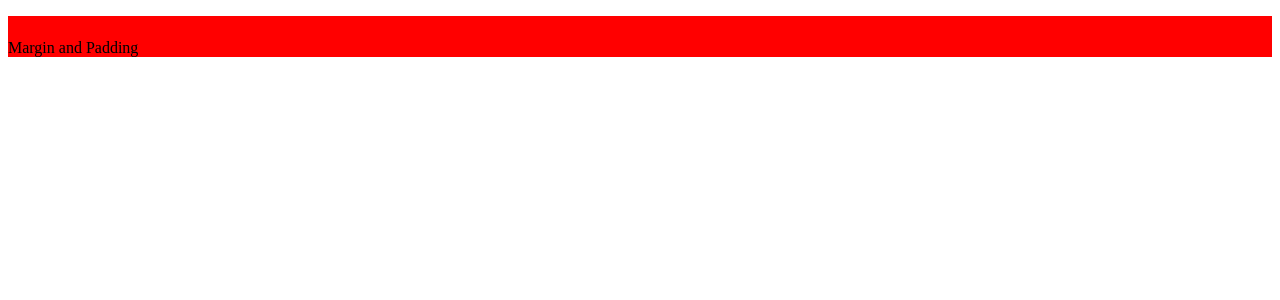
Repository: ntu34543/cut-landing-page-Figma
Page: home.html
The author's editor kept a copy of each file at every save. The page is drawn from the files as they stood at one save, then again after the next save.
The browser window is 1280 px wide. The pictures show the whole page.

Above is the page before, as saved 2022-09-12 22:34:27.

### home.html
<!DOCTYPE html>
<html lang="en">

<head>
    <meta charset="UTF-8">
    <meta http-equiv="X-UA-Compatible" content="IE=edge">
    <meta name="viewport" content="width=device-width, initial-scale=1.0">
    <title>Document</title>
    <script type="module"
        src="https://unpkg.com/ionicons@5.5.2/dist/ionicons/ionicons.esm.js"></script>
    <script nomodule src="https://unpkg.com/ionicons@5.5.2/dist/ionicons/ionicons.js"></script>
    <style>
        .div1 {
            background-color: red;
            width: 200px;
            height: 200px;
            /* display: flex;
            align-items: center; */
        }

        .div2 {
            background-color: yellow;
            width: 100px;
            height: 100px;
            /* display: flex;
            align-items: center; */
        }

        .div3 {
            background-color: blue;
            width: 100px;
            height: 100px;
        }

        .div4 {
            background-color: pink;
            width: 50px;
            height: 50px;
            display: flex;
            align-items: center;
        }

        .div5 {
            background-color: black;
            width: 50px;
            height: 50px;
        }

        .div6 {
            background-color: red;
            width: 30px;
            height: 30px;
            display: flex;
            justify-content: center;
            align-items: center;
        }

        .div7 {
            background-color: black;
            width: 30px;
            height: 30px;
        }

        .div8 {
            background-color: white;
            width: 10px;
            height: 10px;
        }

        .div9 {
            background-color: purple;
            width: 10px;
            height: 10px;
        }

        .p {
            /* margin: 113px; */
            box-sizing: border-box;
            padding: 53px;
            background-color: red;
            width: 150px;
            height: 150px;
            border: 5px solid black;
        }

        /* Form focus */
        .form-input {
            padding: 0 20px;
            border: 1px solid #eee;
            border-radius: 4px;
            width: 100%;
            height: 50px;
            transition: 0.25s ease;
        }

        .form-input:focus {
            border-color: #6a5af9;
        }

        .form-field {
            top: 50px;
            position: relative;
        }

        .form-label {
            position: absolute;
            top: 50%;
            transform: translateY(-50%);
            left: 21px;
            user-select: none;
            color: #999;
            pointer-events: none;
            transition: 0.25s ease;
        }

        .form-input:not(:placeholder-shown)+.form-label,
        .form-input:focus+.form-label {
            top: 0;
            pad: 0 10px;
            display: inline-block;
            background-color: white;
            color: #6a5af9;
        }

        /* menu */
        .menu {
            margin-top: 80px;
            background-color: #18273b;
            padding: 50px 0 50px 15px;
            border-radius: 16px;
            width: 200px;
        }

        .menu-item {
            padding: 15px;
            border-radius: 12px 0 0 12px;
            display: block;
            color: white;
            font-size: 16px;
            cursor: pointer;
            position: relative;
            margin-bottom: 10px;
        }

        .menu-item.active::before {
            content: "";
            width: 20px;
            height: 20px;
            background-color: #18273b;
            position: absolute;
            top: 0;
            right: 0;
            border-radius: 50%;
            transform: translateY(-100%);
            box-shadow: 10px 10px 0 0 white;
        }

        .menu-item.active::after {
            content: "";
            width: 20px;
            height: 20px;
            background-color: #18273b;
            position: absolute;
            bottom: 0;
            right: 0;
            border-radius: 50%;
            transform: translateY(100%);
            box-shadow: 10px -10px 0 0 white;
        }

        .menu-item.active {
            background-color: #fff;
            color: #624FFC;
        }

        .menu-item span {
            display: inline-block;
            margin-left: 10px;
        }

        .dessss{
            padding-top: 23px;
            /* margin: 23px; */
            background-color: red;
        }
    </style>
</head>

<body>
    <p class="dessss">Margin and Padding</p>
    <!-- <h1 class="des">Margin and Padding</h1>
    <button>dfafsfds</button> -->
    <!-- <div class="form-field">
        <input type="text" class="form-input" placeholder=" ">
        <label for="name" class="form-label">Name</label>
    </div> -->
    <!-- <ul class="menu">
        <li class="menu-item active">
            <ion-icon name="home-outline"></ion-icon>
            <span class="menu-text">Dashboard</span>
        </li>
        <li class="menu-item">
            <ion-icon name="bar-chart-outline"></ion-icon>
            <span class="menu-text">Report</span>
        </li>
        <li class="menu-item">
            <ion-icon name="people-outline"></ion-icon>
            <span class="menu-text">User</span>
        </li>
    </ul> -->
    <!-- <p class="p"></p> -->
    <!-- <div class="div1">
        <div class="div2">
            <div class="div4">
            </div>
            <div class="div5"></div>
        </div>
        <div class="div3"></div>
    </div> -->
    <!-- <div class="header-container">
        <img srcset="./images/logo.png 2x" alt="">
        <ul class="menu">
            <li class="menu-item">
                <a href="#" class="menu-link">About</a>
            </li>
            <li class="menu-item">
                <a href="#" class="menu-link">Features</a>
            </li>
            <li class="menu-item">
                <a href="#" class="menu-link">Pricing</a>
            </li>
            <li class="menu-item">
                <a href="#" class="menu-link">Testimonials</a>
            </li>
            <li class="menu-item">
                <a href="#" class="menu-link">Help</a>
            </li>
        </ul>
        <div class="header-auth">
            <a href="#" class="header-signin">Sign In</a>
            <a href="#" class="button button--outline" style="padding: 13px 44px;">Sign Up</a>
        </div>
    </div> -->
    <script>
        const menuItems = document.querySelectorAll(".menu-item");
        menuItems.forEach(item => item.addEventListener("click", function (event) {
            menuItems.forEach(el => el.classList.remove("active"));
            event.target.classList.add("active");
        }));
    </script>
</body>

</html>

After the next save:
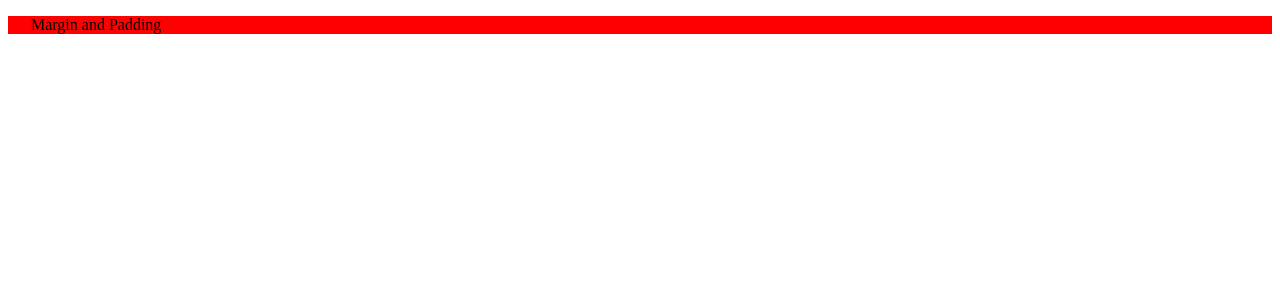
Saved 54 s later.
--- a/home.html
+++ b/home.html
@@ -179,7 +179,7 @@
         }
 
         .dessss{
-            padding-top: 23px;
+            padding-left: 23px;
             /* margin: 23px; */
             background-color: red;
         }
